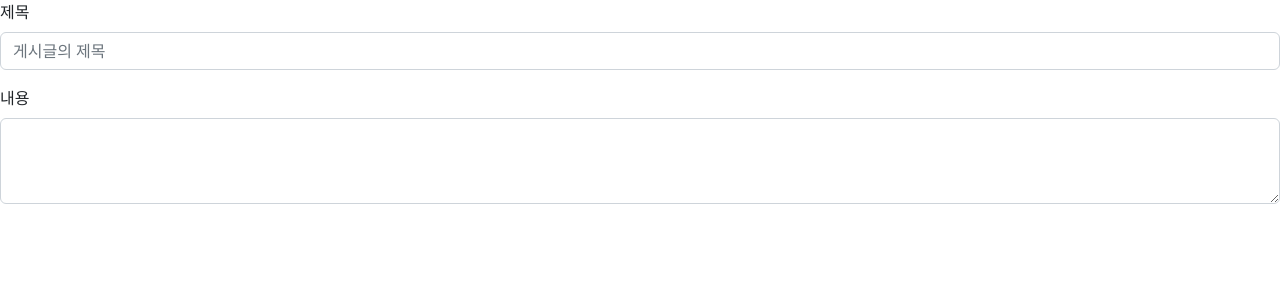
Repository: MeteorLee/Fastcampus_Spring
Page: http://localhost/java-web-01-jsp/board/form.jsp
These files come from the project's save history. The page is drawn as it stood at one moment and after the next save; the edit follows.
The browser window is 1280 px wide. The pictures show the whole page.
The page is served by Tomcat 9.

Above is the page before, as saved 2022-12-22 10:15:09.

### java-web-01-jsp/WebContent/board/form.jsp
<%@ page language="java" contentType="text/html; charset=UTF-8"
    pageEncoding="UTF-8"%>
<!DOCTYPE html>
<html>
	<head>
		<meta charset="UTF-8">
		<title>Insert title here</title>
		<link href="https://cdn.jsdelivr.net/npm/bootstrap@5.2.3/dist/css/bootstrap.min.css" rel="stylesheet" integrity="sha384-rbsA2VBKQhggwzxH7pPCaAqO46MgnOM80zW1RWuH61DGLwZJEdK2Kadq2F9CUG65" crossorigin="anonymous">
	</head>

	<body>
	<form action="/board/save.jsp" method="post">
		<div class="mb-3">
			<label for="title" class="form-label">제목</label> <input
				type="text" class="form-control" id="title"
				placeholder="게시글의 제목">
		</div>
		<div class="mb-3">
			<label for="contents" class="form-label">내용</label>
			<textarea class="form-control" id="contents"
				rows="3"></textarea>
		</div>
	</form>

	<script src="https://cdn.jsdelivr.net/npm/bootstrap@5.2.3/dist/js/bootstrap.bundle.min.js" integrity="sha384-kenU1KFdBIe4zVF0s0G1M5b4hcpxyD9F7jL+jjXkk+Q2h455rYXK/7HAuoJl+0I4" crossorigin="anonymous"></script>
	</body>
</html>

After the next save:
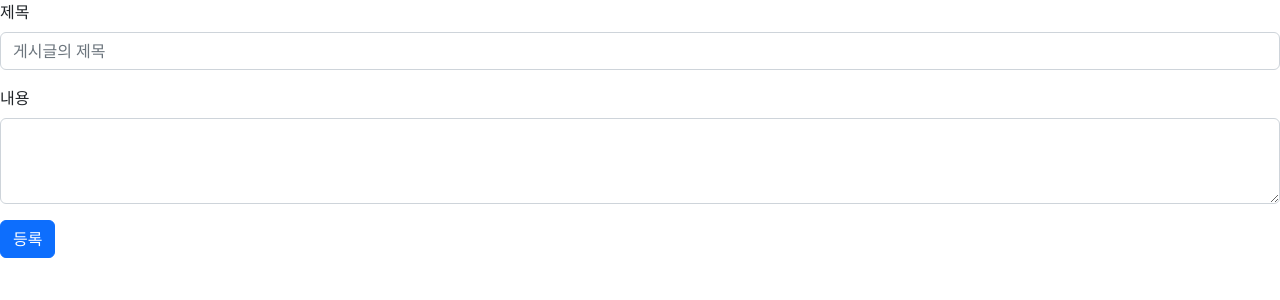
Saved 57 s later.
--- a/java-web-01-jsp/WebContent/board/form.jsp
+++ b/java-web-01-jsp/WebContent/board/form.jsp
@@ -20,6 +20,7 @@
 			<textarea class="form-control" id="contents"
 				rows="3"></textarea>
 		</div>
+		<button type="button" class="btn btn-primary">등록</button>
 	</form>
 
 	<script src="https://cdn.jsdelivr.net/npm/bootstrap@5.2.3/dist/js/bootstrap.bundle.min.js" integrity="sha384-kenU1KFdBIe4zVF0s0G1M5b4hcpxyD9F7jL+jjXkk+Q2h455rYXK/7HAuoJl+0I4" crossorigin="anonymous"></script>
